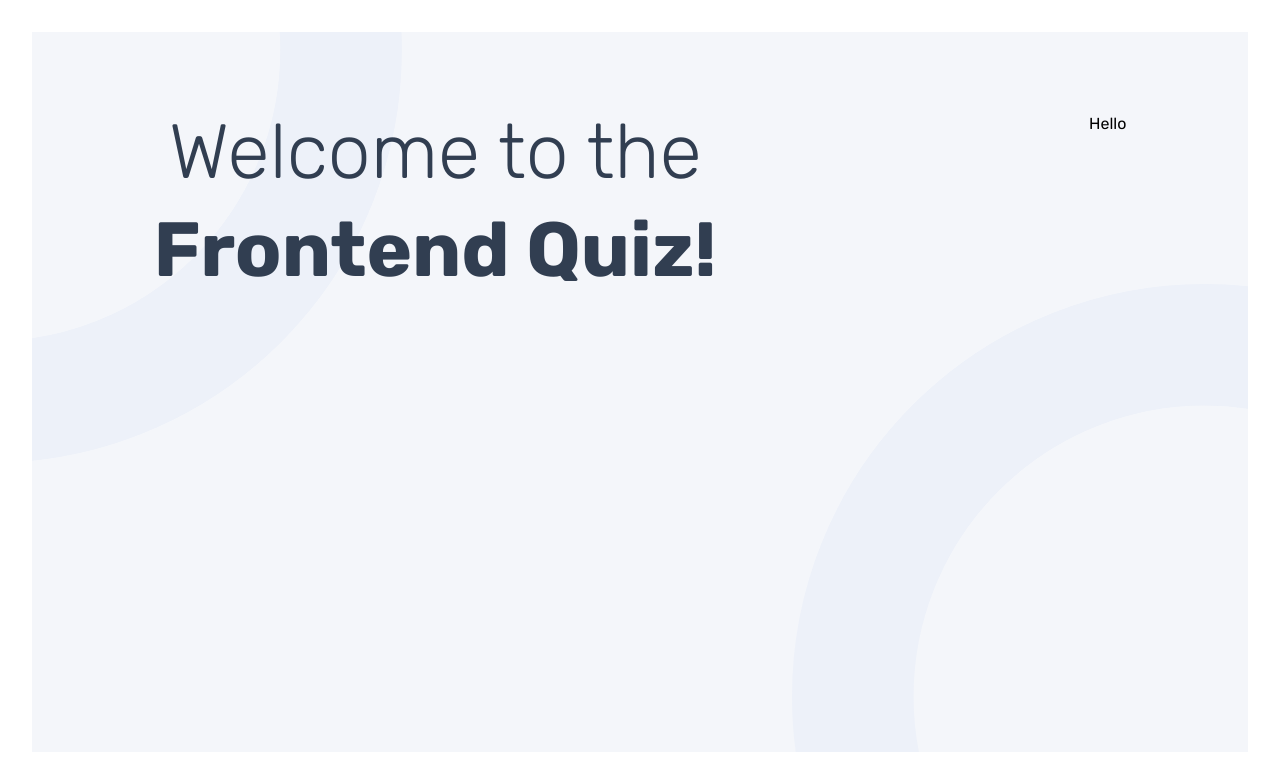
Repository: Shenixo/QuizApp
Page: /
The author's editor kept a copy of each file at every save. The page is drawn from the files as they stood at one save, then again after the next save.
The browser window is 1280 px wide. The pictures show the whole page.
The project was rebuilt for these pictures with package versions that can differ from the ones it lists, and the page was loaded fresh each time. Also part of the build but not shown: vite.config.js.

Above is the page before, as saved 2025-03-31 11:10:54.

After the next save:
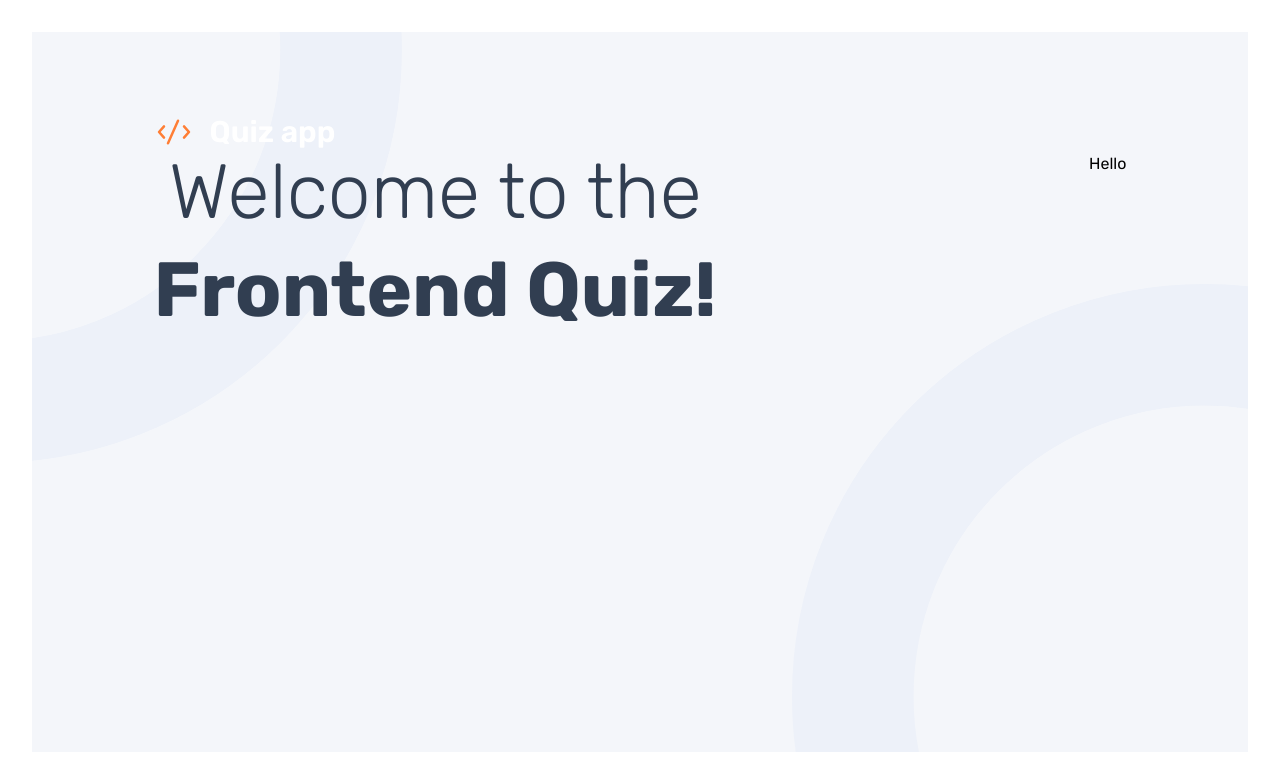
Saved 6 s later.
--- a/src/Components/Home/Home.jsx
+++ b/src/Components/Home/Home.jsx
@@ -4,7 +4,7 @@ import Navbar from "../Navbar/Navbar";
 const Home = () => {
   return (
     <div className="w-[80%] mx-auto placeholder-stone-200 pt-20 h-[100vh]">
-
+      <Navbar/>
       <div className="flex items-start justify-between w-full">
       <div>
         <h1 className="text-primary font-thin text-[4.8rem] leading-[5rem]">Welcome to the</h1>
